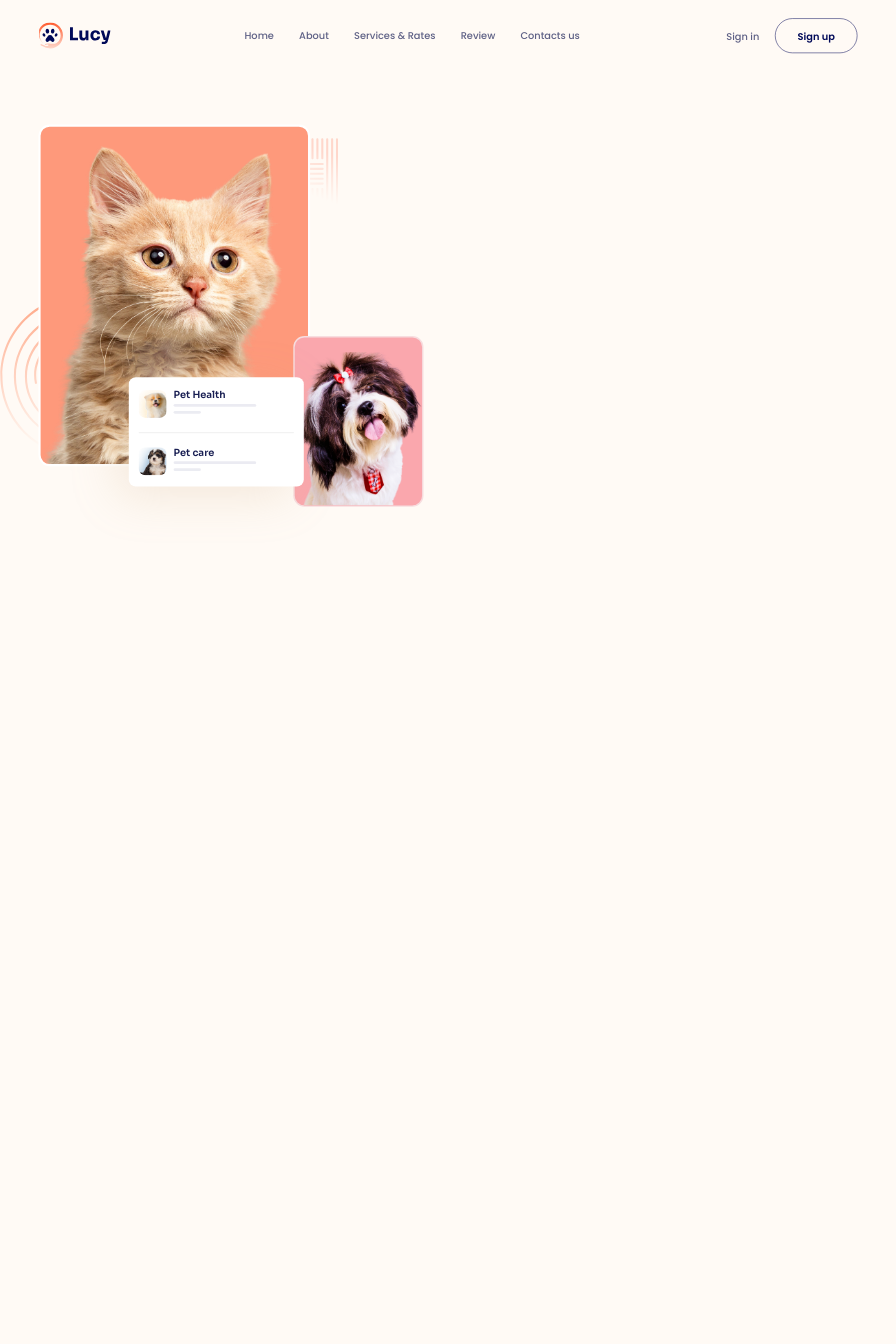
Repository: anhtien111198/f8-htmlcss-04
Page: index.html
The author's editor kept a copy of each file at every save. The page is drawn from the files as they stood at one save, then again after the next save.
The browser window is 1280 px wide. The pictures show the part of the page from y = 0 to 1920 px (the page is 5000 px tall), at 70% of full size.

Above is the page before, as saved 2023-05-17 11:51:08.

### index.html
<!DOCTYPE html>
<html lang="en">
    <head>
        <meta charset="UTF-8" />
        <meta http-equiv="X-UA-Compatible" content="IE=edge" />
        <meta name="viewport" content="width=device-width, initial-scale=1.0" />
        <title>Lucy - Established &amp Trusted Pet Care Service</title>
        <!-- favicon -->
        <link
            rel="apple-touch-icon"
            sizes="57x57"
            href="./assets/favicon/apple-icon-57x57.png"
        />
        <link
            rel="apple-touch-icon"
            sizes="60x60"
            href="./assets/favicon/apple-icon-60x60.png"
        />
        <link
            rel="apple-touch-icon"
            sizes="72x72"
            href="./assets/favicon/apple-icon-72x72.png"
        />
        <link
            rel="apple-touch-icon"
            sizes="76x76"
            href="./assets/favicon/apple-icon-76x76.png"
        />
        <link
            rel="apple-touch-icon"
            sizes="114x114"
            href="./assets/favicon/apple-icon-114x114.png"
        />
        <link
            rel="apple-touch-icon"
            sizes="120x120"
            href="./assets/favicon/apple-icon-120x120.png"
        />
        <link
            rel="apple-touch-icon"
            sizes="144x144"
            href="./assets/favicon/apple-icon-144x144.png"
        />
        <link
            rel="apple-touch-icon"
            sizes="152x152"
            href="./assets/favicon/apple-icon-152x152.png"
        />
        <link
            rel="apple-touch-icon"
            sizes="180x180"
            href="./assets/favicon/apple-icon-180x180.png"
        />
        <link
            rel="icon"
            type="image/png"
            sizes="192x192"
            href="./assets/favicon/android-icon-192x192.png"
        />
        <link
            rel="icon"
            type="image/png"
            sizes="32x32"
            href="./assets/favicon/favicon-32x32.png"
        />
        <link
            rel="icon"
            type="image/png"
            sizes="96x96"
            href="./assets/favicon/favicon-96x96.png"
        />
        <link
            rel="icon"
            type="image/png"
            sizes="16x16"
            href="./assets/favicon/favicon-16x16.png"
        />
        <link rel="manifest" href="./assets/favicon/manifest.json" />
        <meta name="msapplication-TileColor" content="#ffffff" />
        <meta
            name="msapplication-TileImage"
            content="./assets/favicon/ms-icon-144x144.png"
        />
        <meta name="theme-color" content="#ffffff" />
        <!-- reset css-->
        <link rel="stylesheet" href="./assets/css/reset.css" />
        <!-- Embed font family-->
        <link rel="preconnect" href="https://fonts.googleapis.com" />
        <link rel="preconnect" href="https://fonts.gstatic.com" crossorigin />
        <link
            href="https://fonts.googleapis.com/css2?family=Poppins:wght@300;400;500;600&family=Sora:wght@400;500;600;700;800&display=swap"
            rel="stylesheet"
        />
        <!-- style css -->
        <link rel="stylesheet" href="./assets/css/style.css" />
    </head>
    <body style="height: 5000px">
        <!-- header -->
        <header class="header">
            <div class="container">
                <div class="header__inner">
                    <!-- logo -->
                    <img src="./assets/images/logo.svg" alt="" class="logo" />
                    <!-- navbar -->
                    <nav class="navbar">
                        <ul class="navbar__list">
                            <li class="navbar__item">
                                <a href="#!" class="navbar__link">Home</a>
                            </li>
                            <li class="navbar__item">
                                <a href="#!" class="navbar__link">About</a>
                            </li>
                            <li class="navbar__item">
                                <a href="#!" class="navbar__link">
                                    Services &amp Rates
                                </a>
                            </li>
                            <li class="navbar__item">
                                <a href="#!" class="navbar__link">Review</a>
                            </li>
                            <li class="navbar__item">
                                <a href="#!" class="navbar__link">
                                    Contacts us
                                </a>
                            </li>
                        </ul>
                    </nav>
                    <!-- header action -->
                    <div class="header-action">
                        <a href="#!" class="header-action__link">Sign in</a>
                        <a href="#!" class="header-action__btn btn">Sign up</a>
                    </div>
                </div>
            </div>
        </header>
        <!-- hero -->
        <section class="hero">
            <div class="container">
                <div class="hero__inner">
                    <!-- hero media -->
                    <div class="hero__media">
                        <div class="hero__img-wrap">
                            <img
                                src="./assets/images/pet-01.png"
                                alt=""
                                class="hero__img"
                            />
                            <!-- decorators -->
                            <img
                                src="./assets/images/decor-01.svg"
                                alt=""
                                class="hero__decor hero__decor-left"
                            />
                            <img
                                src="./assets/images/decor-02.svg"
                                alt=""
                                class="hero__decor hero__decor-right"
                            />
                        </div>
                        <div class="hero__img-wrap hero__img-wrap-small">
                            <img
                                src="./assets/images/pet-02.png"
                                alt=""
                                class="hero__img hero__img-small"
                            />
                        </div>
                        <div class="hero__list">
                            <section class="hero-list-item">
                                <img
                                    src="./assets/images/pet-03.png"
                                    alt=""
                                    class="hero-list-item__thumb"
                                />
                                <div class="hero-list-item__info">
                                    <p class="hero-list-item__title">
                                        Pet Health
                                    </p>
                                    <div class="hero-list-item__skeleton"></div>
                                    <div class="hero-list-item__skeleton"></div>
                                </div>
                            </section>
                            <div class="hero-list-item__separate"></div>
                            <section class="hero-list-item">
                                <img
                                    src="./assets/images/pet-04.png"
                                    alt=""
                                    class="hero-list-item__thumb"
                                />
                                <div class="hero-list-item__info">
                                    <p class="hero-list-item__title">
                                        Pet care
                                    </p>
                                    <div class="hero-list-item__skeleton"></div>
                                    <div class="hero-list-item__skeleton"></div>
                                </div>
                            </section>
                        </div>
                    </div>
                    <!-- hero content -->
                    <section class="hero__content"></section>
                </div>
            </div>
        </section>
    </body>
</html>

### assets/css/style.css
* {
    box-sizing: border-box;
}
html {
    font-size: 62.5%;
}
body {
    font-size: 1.6rem;
    font-family: "Poppins", sans-serif;
    background: #fffaf5;
}
/* ======================Common=================== */
a {
    text-decoration: none;
}
h1,
h2,
h3,
h4,
h5,
h6 {
    font-family: "Sora", sans-serif;
}
input,
textarea,
button,
select {
    font-size: inherit;
    font-family: inherit;
}
.container {
    width: 1170px;
    max-width: calc(100% - 48px);
    margin: 0 auto;
}
.btn {
    --height: 56px;
    display: inline-block;
    min-width: 130px;
    height: var(--height);
    line-height: var(--height);
    border: 1px solid rgba(0, 9, 88, 0.7);
    border-radius: 99px;
    font-weight: 600;
    font-size: 1.4rem;
    text-align: center;
    color: #000958;
}
.btn:hover {
    opacity: 0.9;
}
/* ===========header============== */
.header {
    position: sticky;
    top: -26px;
    z-index: 1;
    padding: 26px 0;
}
.header__inner {
    display: flex;
    align-items: center;
    justify-content: space-between;
}
.navbar__list {
    display: flex;
}
.navbar__link,
.header-action__link {
    padding: 8px 18px;
    font-weight: 500;
    font-size: 1.4rem;
    line-height: 1;
    color: #5e6085;
}
.navbar__link:hover {
    color: #000958;
    text-shadow: 1px 0 0 currentColor;
}
.header-action__btn {
    --height: 50px;
    min-width: 118px;
}
/* =======Hero======= */
.hero {
    margin-top: 76px;
}
.hero__inner {
    display: flex;
    align-items: center;
    justify-content: space-between;
}
.hero__media {
    display: flex;
    position: relative;
    padding-bottom: 29px;
}
.hero__img-wrap {
    position: relative;
    display: flex;
    align-items: flex-end;
    justify-content: center;
    width: 388px;
    height: 488px;
    background: #fe997b;
    border-radius: 16px;
    border: 3px solid #fff;
}
.hero__img {
    max-width: 100%;
    max-height: 100%;
    border-radius: inherit;
}
.hero__decor {
    position: absolute;
    z-index: -1;
}
.hero__decor-left {
    left: -58px;
    bottom: 10px;
}
.hero__decor-right {
    top: 16px;
    right: -43px;
}
.hero__img-wrap-small {
    align-self: flex-end;
    width: 186px;
    height: 244px;
    margin: 0 0 -58px -24px;
    border: 2px solid #f7dddf;
    background: #faa7ad;
}
.hero__list {
    position: absolute;
    left: 129px;
    bottom: 0;
    width: 250px;
    height: 156px;
    padding: 18px 14px;
    background: #fff;
    box-shadow: -17px 14px 68px -4px rgba(207, 174, 132, 0.25);
    border-radius: 10px;
}
.hero-list-item {
    display: flex;
}
.hero-list-item__thumb {
    width: 40px;
    height: 40px;
    border-radius: 10px;
    object-fit: cover;
}
.hero-list-item__info {
    margin-left: 10px;
}
.hero-list-item__title {
    font-family: "Sora", sans-serif;
    font-weight: 600;
    font-size: 1.4rem;
    line-height: 1;
    color: #181e52;
}
.hero-list-item__skeleton {
    margin-top: 6px;
    width: 118px;
    height: 4px;
    background: #000958;
    opacity: 0.08;
    border-radius: 10px;
}
.hero-list-item__skeleton:last-child {
    width: 39px;
}
.hero-list-item__separate {
    width: 100%;
    height: 2px;
    margin: 20px 0;
    border-radius: 99px;
    background: #f2f2f2;
}
.hero-list-item:nth-child(2) .hero-list-item__thumb {
    background: #c6e2fa;
}

Loaded but not shown: assets/css/reset.css (common file)

After the next save:
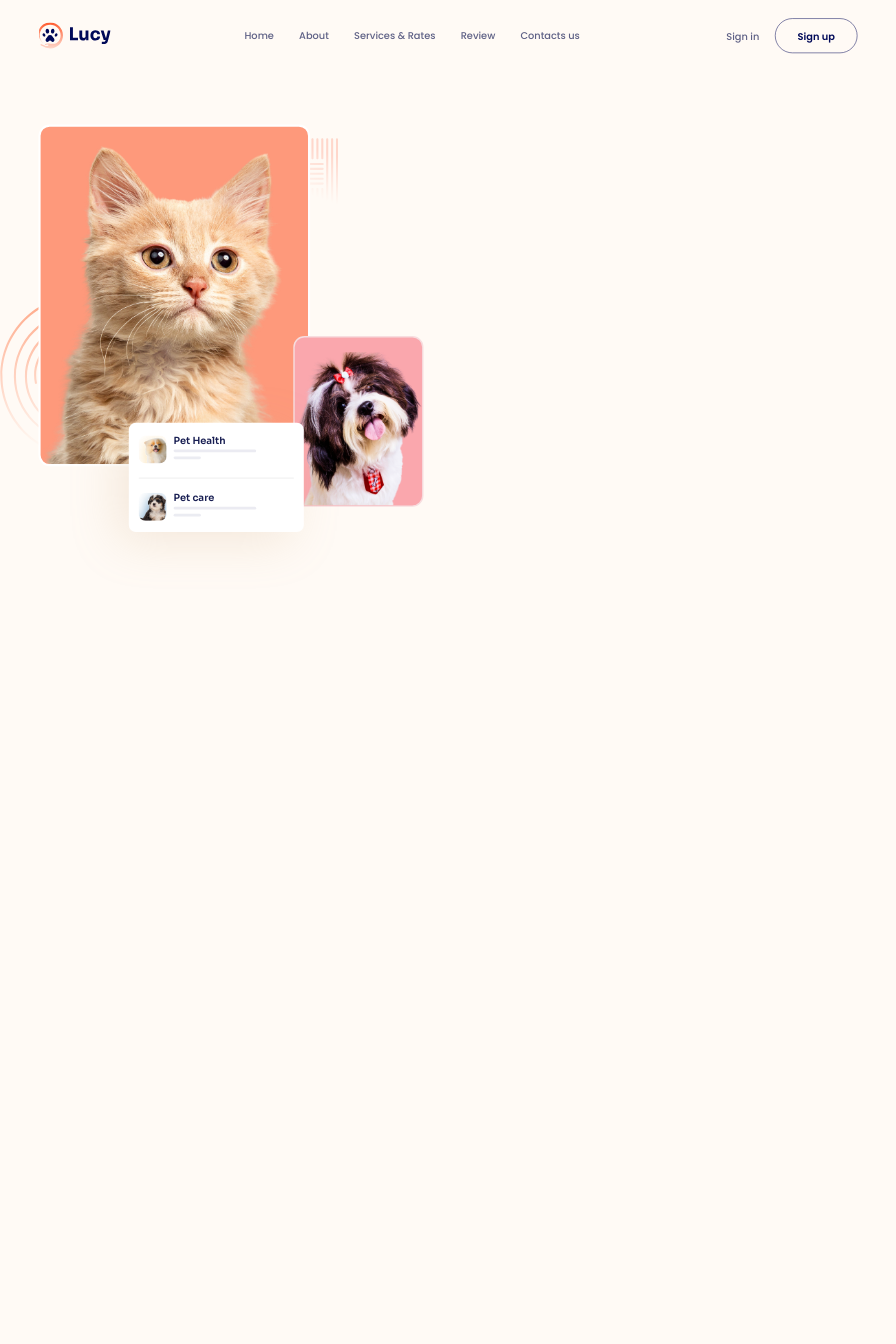
Saved 24 s later.
--- a/assets/css/style.css
+++ b/assets/css/style.css
@@ -92,7 +92,7 @@ select {
 .hero__media {
     display: flex;
     position: relative;
-    padding-bottom: 29px;
+    padding-bottom: 94px;
 }
 .hero__img-wrap {
     position: relative;
